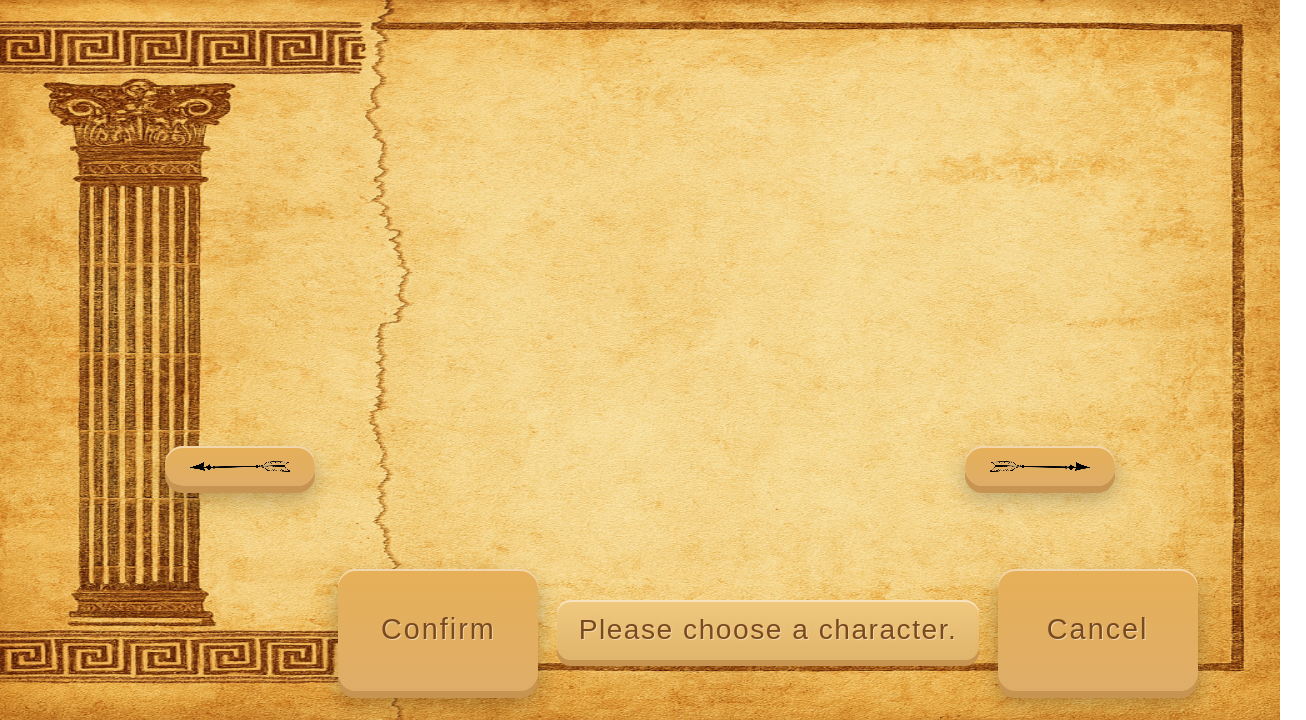
Repository: brianabariteau/Web-1-Final-Project-2025
Page: features/character-selection/character-selection.html
These files come from the project's save history. The page is drawn as it stood at one moment and after the next save; the edit follows.
The browser window is 1280 px wide. The page is 1280 px wide, then 1306 px, so the pictures cover 1306 px, including what lies to the right of the window. The pictures show the whole page.
The page's requests for data from a server got no answer. Some web fonts or font styles are not loaded; a fallback is used.

Above is the page before, as saved 2025-12-21 23:54:56.

After the next save:
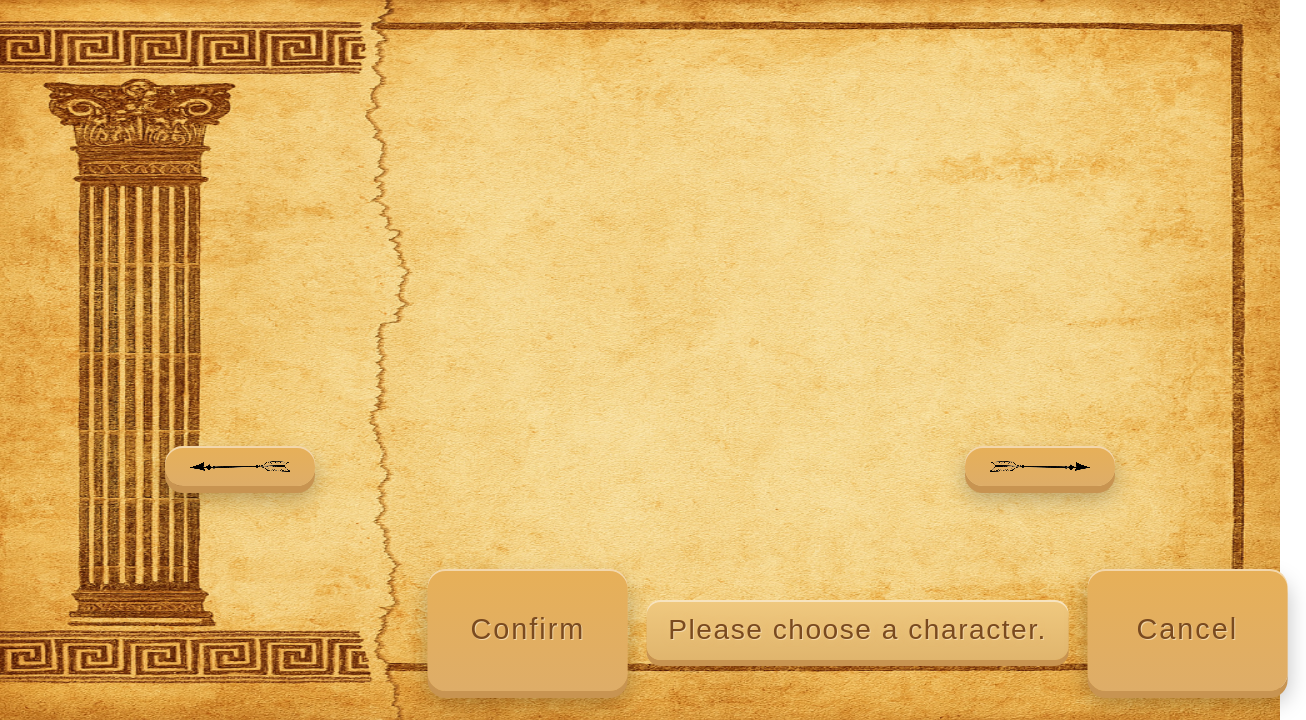
Saved 26 s later.
--- a/features/character-selection/character-selection.css
+++ b/features/character-selection/character-selection.css
@@ -223,7 +223,7 @@ body {
   bottom: 4%;
   left: 60%;
   /*transform: translateX(-30%);  center horizontally */
-  transform: translateX(-50%);
+  transform: translateX(-40%);
 
   width: min(70vw, 900px);
   /*width: 40%;  adjust width as needed */
